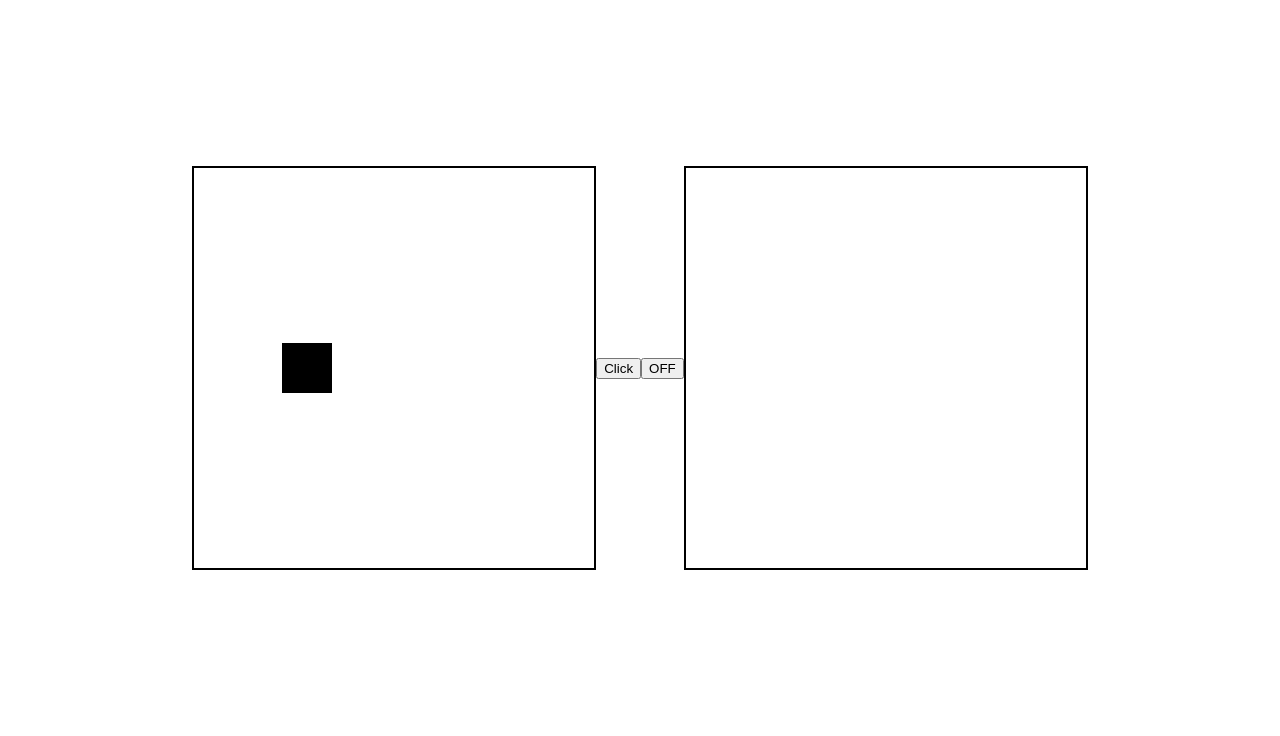
Repository: dmpelaez/photoBoothy
Page: Photobooth.html
The author's editor kept a copy of each file at every save. The page is drawn from the files as they stood at one save, then again after a run of saves.
The browser window is 1280 px wide. The pictures show the whole page.

Above is the page before, as saved 2025-12-16 20:58:40.

After the next 4 saves:
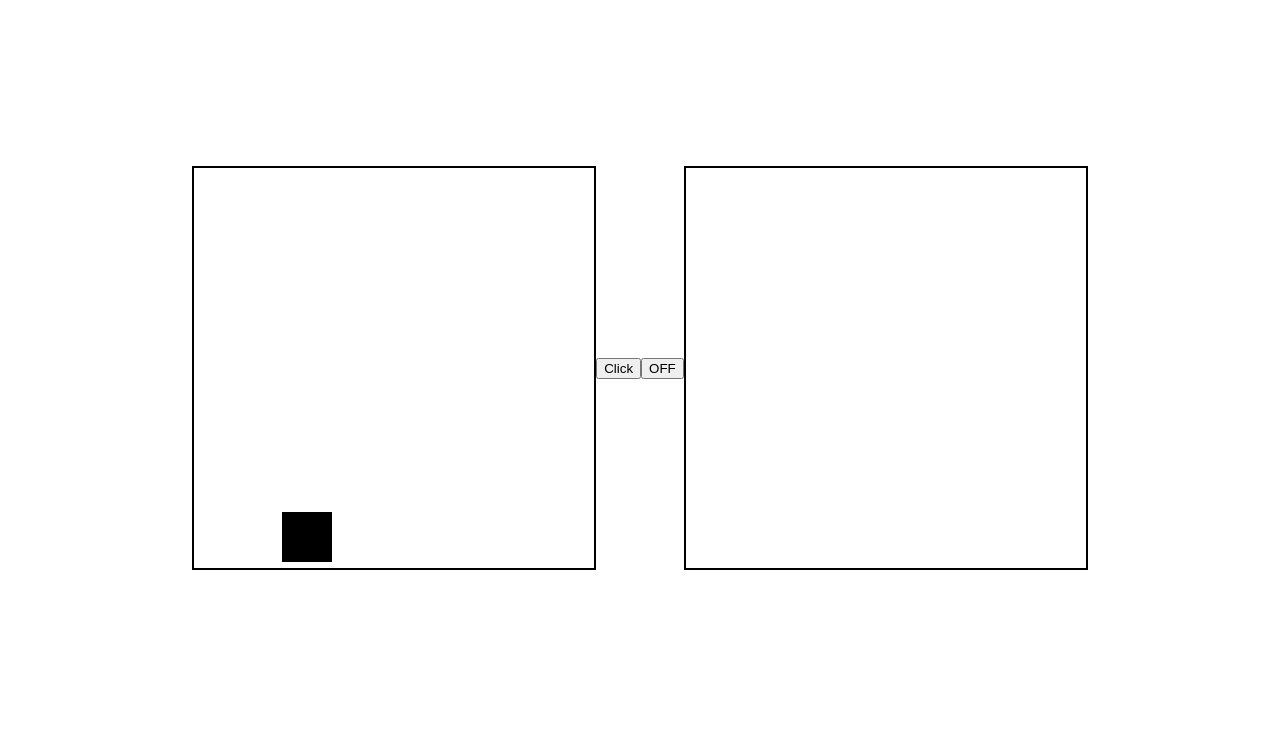
The 4 saves are shown as one change because they came seconds apart.
The last was saved 16 s later.
--- a/Photobooth.css
+++ b/Photobooth.css
@@ -22,6 +22,7 @@ display: initial;
   justify-content: center;
   position: absolute;
   left: 22%;
+  bottom: 22%;
 }
 
 .timerPhoto {
